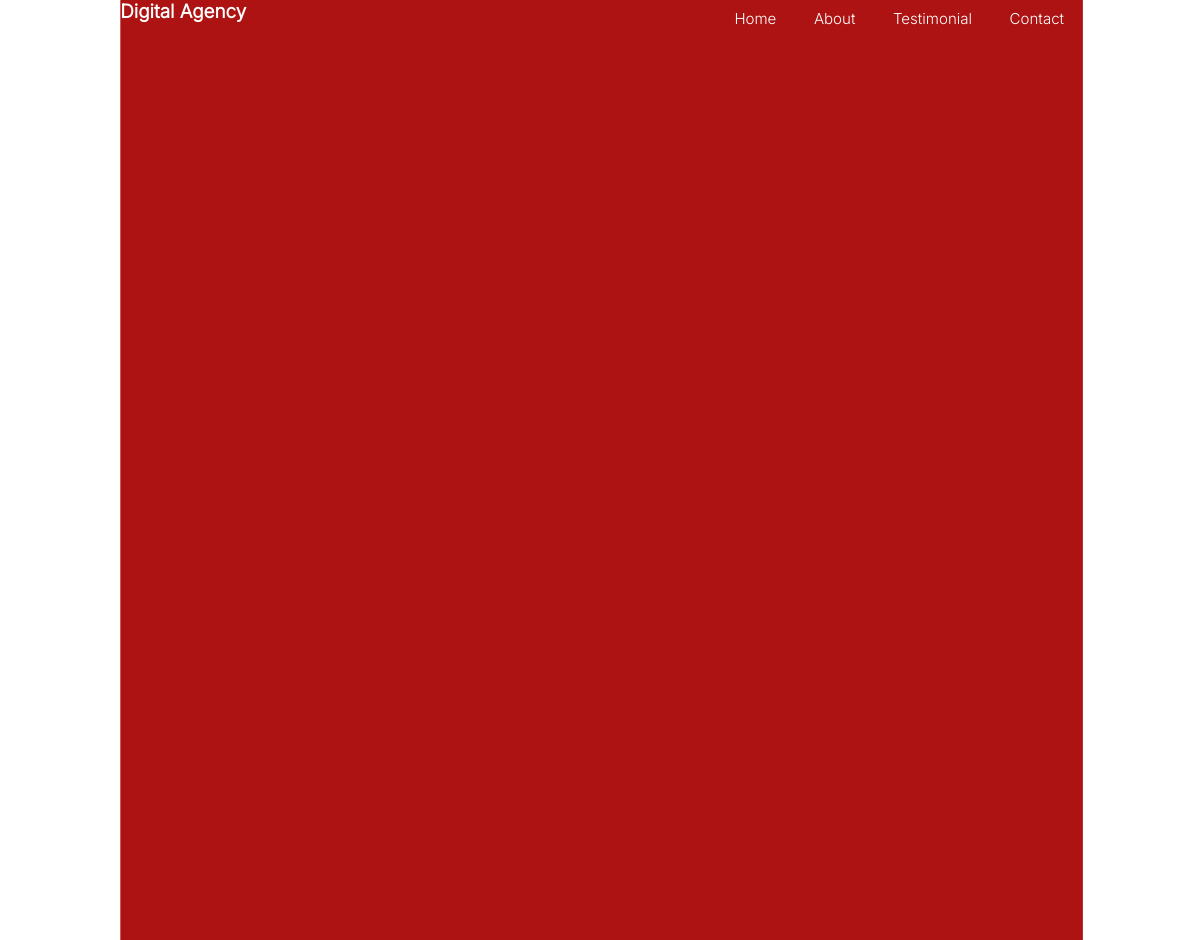
Repository: ThuatDev/fullstack_devc
Page: index.html
The author's editor kept a copy of each file at every save. The page is drawn from the files as they stood at one save, then again after the next save.
The browser window is 1280 px wide. The pictures show the whole page, at 94% of full size.
Some web fonts or font styles are not loaded; a fallback is used.

Above is the page before, as saved 2022-11-09 15:59:08.

### index.html
<!DOCTYPE html>
<html lang="en">
  <head>
    <meta charset="UTF-8" />
    <meta http-equiv="X-UA-Compatible" content="IE=edge" />
    <meta name="viewport" content="width=device-width, initial-scale=1.0" />
    <link rel="stylesheet" href="./index.css" />
    <title>Digital Agency</title>
  </head>
  <body>
    <div class="container">
      <div class="navbar">
        <div class="navbar__left">
          <p class="navbar__left-logo">Digital Agency</p>
        </div>
        <div class="navbar__right">
          <ul class="navbar__right-list">
            <li><a href="#">Home</a></li>
            <li><a href="#">About</a></li>
            <li><a href="#">Testimonial</a></li>
            <li><a href="#">Contact</a></li>
          </ul>
        </div>
      </div>
    </div>
  </body>
</html>

### index.css
@import url("https://fonts.googleapis.com/css2?family=Edu+VIC+WA+NT+Beginner:wght@500&family=Inter:wght@200;300&family=Oswald:wght@500&family=Poppins:wght@300;400;600;700&display=swap");
* {
  padding: 0;
  margin: 0;
  box-sizing: border-box;
  font-family: "Inter", sans-serif;
}
.container {
  width: 80%;
  height: 1000px;
  background-color: #ad1313;
  margin: 0 auto;
}

/* nav bar*/
.navbar {
  display: flex;
  justify-content: space-between;
  margin: top 46px;
}
.navbar .navbar__left .navbar__left-logo {
  font-size: 20px;
  font-weight: 700;
  color: #fff;
  line-height: 24px;
}
.navbar > .navbar__right > .navbar__right-list {
  display: flex;
}
.navbar > .navbar__right > .navbar__right-list li {
  list-style: none;
}
.navbar > .navbar__right > .navbar__right-list li a {
  text-decoration: none;
  color: #fff;
  padding: 10px 20px;
  display: block;
}

After the next save:
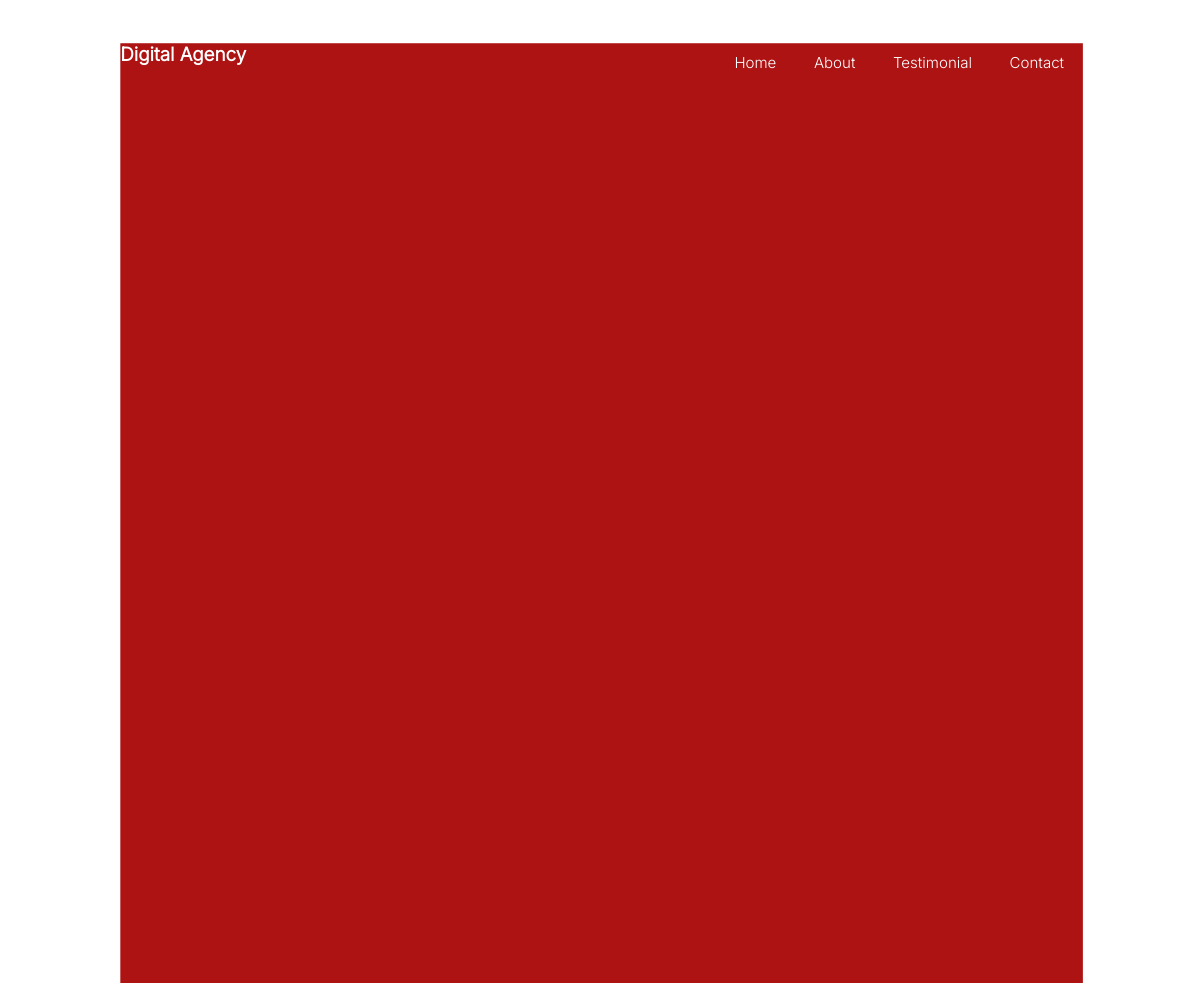
Saved 5 s later.
--- a/index.css
+++ b/index.css
@@ -16,7 +16,7 @@
 .navbar {
   display: flex;
   justify-content: space-between;
-  margin: top 46px;
+  margin-top: 46px;
 }
 .navbar .navbar__left .navbar__left-logo {
   font-size: 20px;
